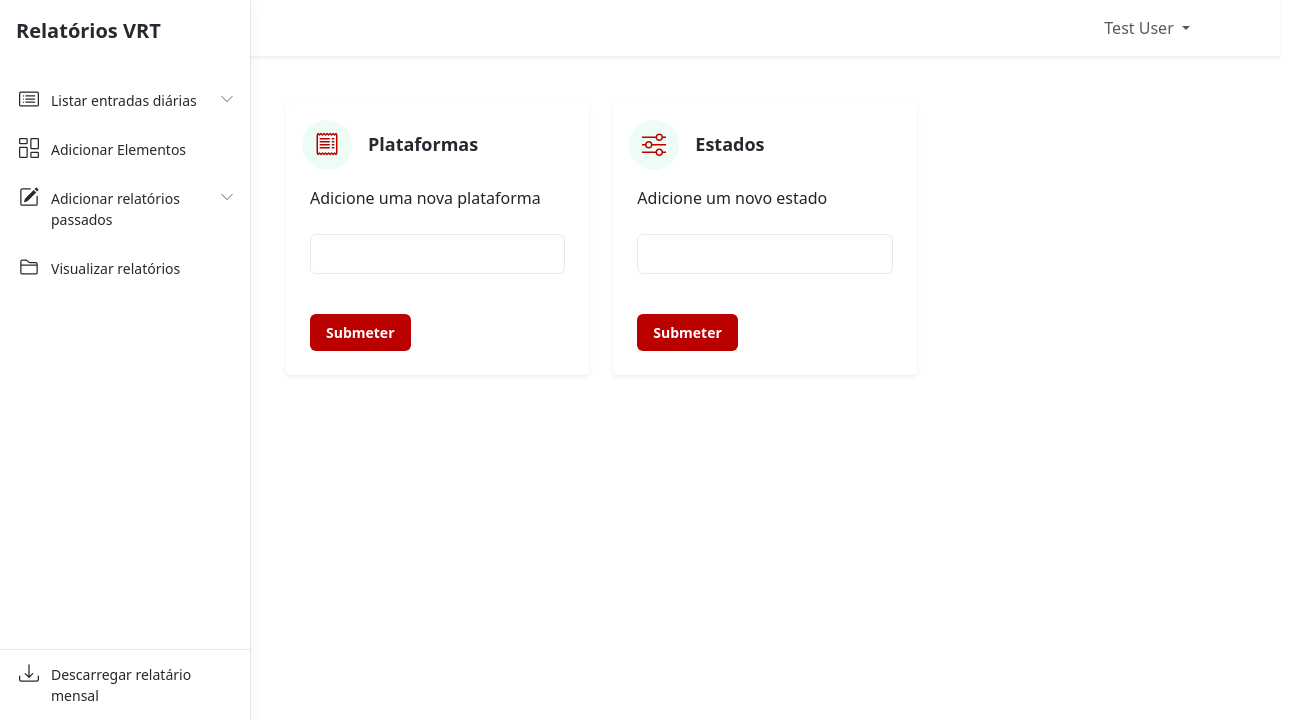
Repository: Yolanda-Marchone/Relatorios
Page: http://localhost/adicionar
These files come from the project's save history. The page is drawn as it stood at one moment and after the next save; the edit follows.
The browser window is 1280 px wide. The page is 1292 px wide, so the pictures cover 1292 px, including what lies to the right of the window. The pictures show the whole page.
The page is served by the project's Laravel application, run on PHP 8.4 with Laravel 10. A made-up administrator, Test User (test@example.com), is signed in. Style sheets and scripts are compiled from the project's sources, by tool versions that may differ from the author's.

Above is the page before, as saved 2024-05-23 11:20:55.

After the next save:
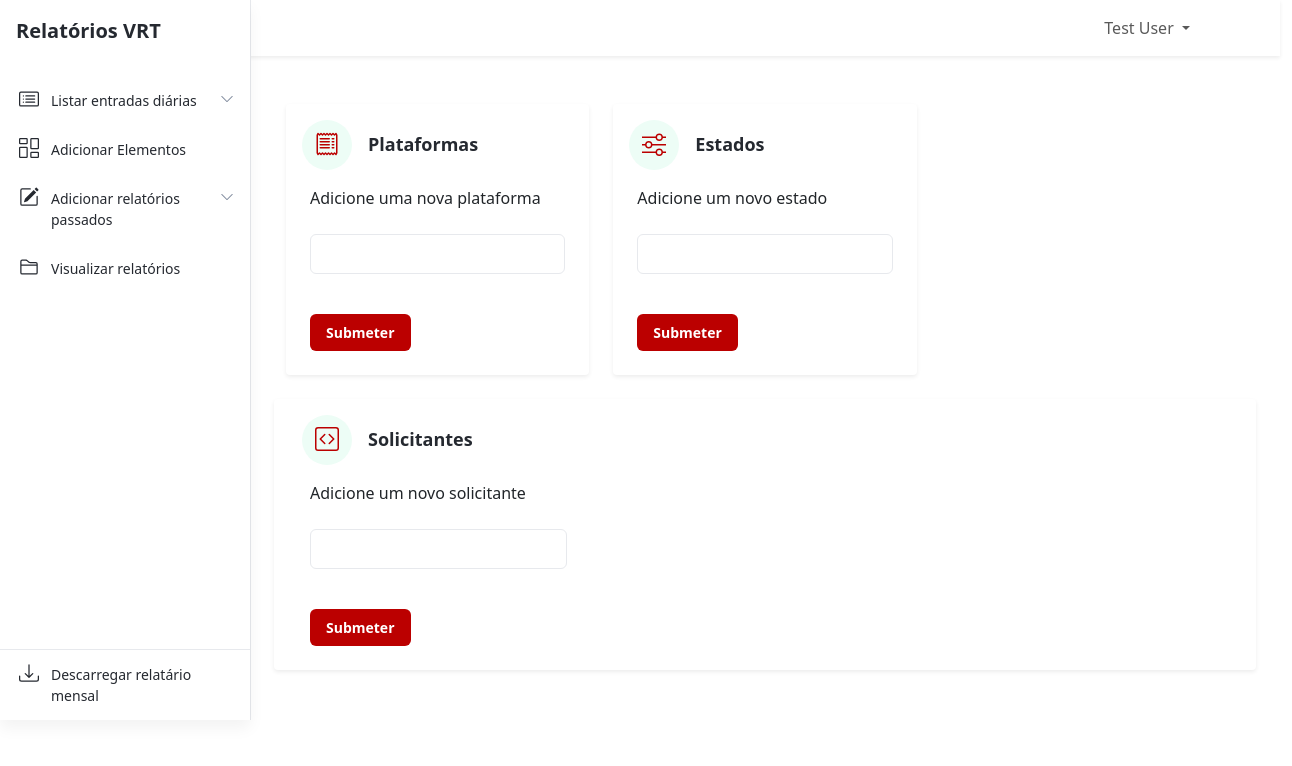
Saved 9 s later.
--- a/resources/views/layouts/adicionar.blade.php
+++ b/resources/views/layouts/adicionar.blade.php
@@ -88,7 +88,40 @@
 						</div><!--//app-card-->
 				    </div><!--//col-->
 
+                    <div class="app-card app-card-basic d-flex flex-column align-items-start shadow-sm">
+						    <div class="app-card-header p-3 border-bottom-0">
+						        <div class="row align-items-center gx-3">
+							        <div class="col-auto">
+								        <div class="app-icon-holder">
+                                        <svg width="1em" height="1em" viewBox="0 0 16 16" class="bi bi-code-square" fill="currentColor" xmlns="http://www.w3.org/2000/svg">
+  <path fill-rule="evenodd" d="M14 1H2a1 1 0 0 0-1 1v12a1 1 0 0 0 1 1h12a1 1 0 0 0 1-1V2a1 1 0 0 0-1-1zM2 0a2 2 0 0 0-2 2v12a2 2 0 0 0 2 2h12a2 2 0 0 0 2-2V2a2 2 0 0 0-2-2H2z"/>
+  <path fill-rule="evenodd" d="M6.854 4.646a.5.5 0 0 1 0 .708L4.207 8l2.647 2.646a.5.5 0 0 1-.708.708l-3-3a.5.5 0 0 1 0-.708l3-3a.5.5 0 0 1 .708 0zm2.292 0a.5.5 0 0 0 0 .708L11.793 8l-2.647 2.646a.5.5 0 0 0 .708.708l3-3a.5.5 0 0 0 0-.708l-3-3a.5.5 0 0 0-.708 0z"/>
+</svg>
+									    </div><!--//icon-holder-->
 
+							        </div><!--//col-->
+							        <div class="col-auto">
+								        <h4 class="app-card-title">Solicitantes</h4>
+							        </div><!--//col-->
+						        </div><!--//row-->
+						    </div><!--//app-card-header-->
+						    <div class="app-card-body px-4">
+
+<div class="intro">Adicione um novo solicitante</div>
+<div class="mb-3"  >
+<form class="settings-form" method="POST" action="/submeter_solicitante">
+        @csrf
+<label for="setting-input-1" class="form-label"></label>
+<input type="text" class="form-control" id="novo_solicitante" name="novo_solicitante" value="" required>
+
+</div>
+</div><!--//app-card-body-->
+
+<div class="app-card-footer p-4 mt-auto">
+<button type="submit" class="btn app-btn-primary" >Submeter</button>
+    </form>
+</div><!--//app-card-footer-->
+						</div><!--//app-card-->
 
                 </div>
 

After the save that followed:
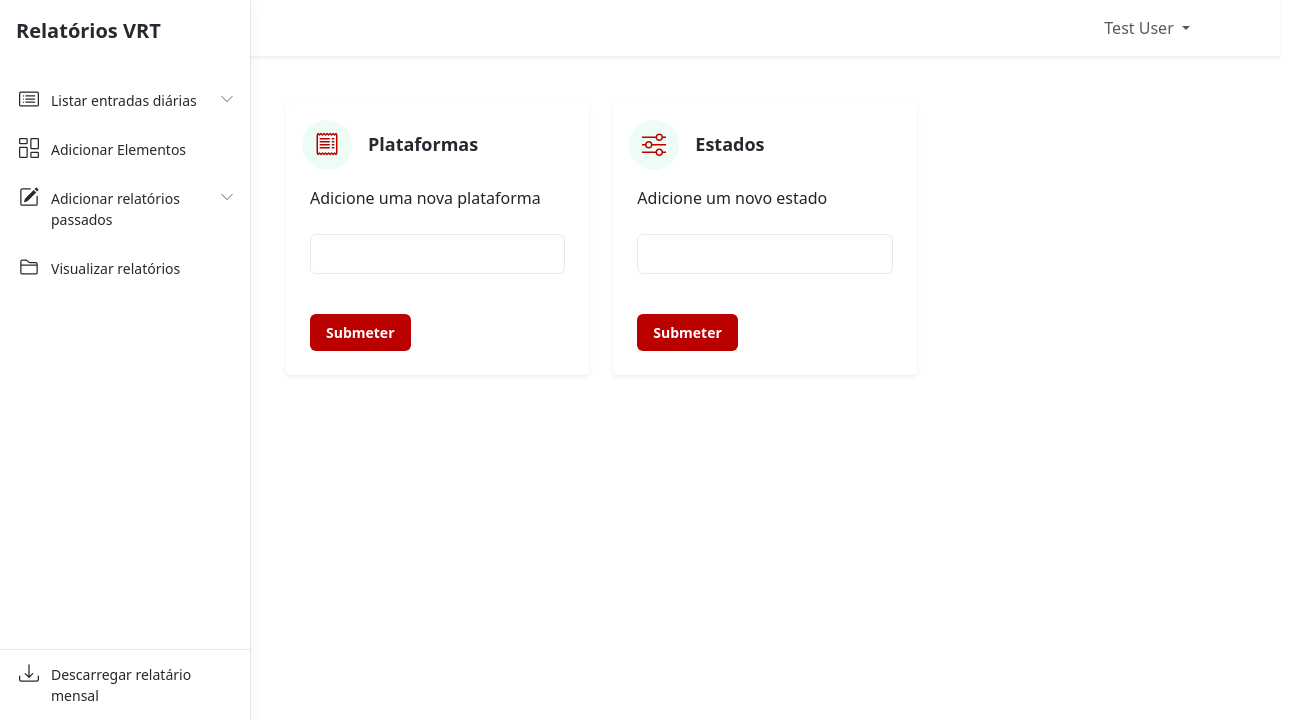
Saved 9 s later.
--- a/resources/views/layouts/adicionar.blade.php
+++ b/resources/views/layouts/adicionar.blade.php
@@ -88,40 +88,7 @@
 						</div><!--//app-card-->
 				    </div><!--//col-->
 
-                    <div class="app-card app-card-basic d-flex flex-column align-items-start shadow-sm">
-						    <div class="app-card-header p-3 border-bottom-0">
-						        <div class="row align-items-center gx-3">
-							        <div class="col-auto">
-								        <div class="app-icon-holder">
-                                        <svg width="1em" height="1em" viewBox="0 0 16 16" class="bi bi-code-square" fill="currentColor" xmlns="http://www.w3.org/2000/svg">
-  <path fill-rule="evenodd" d="M14 1H2a1 1 0 0 0-1 1v12a1 1 0 0 0 1 1h12a1 1 0 0 0 1-1V2a1 1 0 0 0-1-1zM2 0a2 2 0 0 0-2 2v12a2 2 0 0 0 2 2h12a2 2 0 0 0 2-2V2a2 2 0 0 0-2-2H2z"/>
-  <path fill-rule="evenodd" d="M6.854 4.646a.5.5 0 0 1 0 .708L4.207 8l2.647 2.646a.5.5 0 0 1-.708.708l-3-3a.5.5 0 0 1 0-.708l3-3a.5.5 0 0 1 .708 0zm2.292 0a.5.5 0 0 0 0 .708L11.793 8l-2.647 2.646a.5.5 0 0 0 .708.708l3-3a.5.5 0 0 0 0-.708l-3-3a.5.5 0 0 0-.708 0z"/>
-</svg>
-									    </div><!--//icon-holder-->
 
-							        </div><!--//col-->
-							        <div class="col-auto">
-								        <h4 class="app-card-title">Solicitantes</h4>
-							        </div><!--//col-->
-						        </div><!--//row-->
-						    </div><!--//app-card-header-->
-						    <div class="app-card-body px-4">
-
-<div class="intro">Adicione um novo solicitante</div>
-<div class="mb-3"  >
-<form class="settings-form" method="POST" action="/submeter_solicitante">
-        @csrf
-<label for="setting-input-1" class="form-label"></label>
-<input type="text" class="form-control" id="novo_solicitante" name="novo_solicitante" value="" required>
-
-</div>
-</div><!--//app-card-body-->
-
-<div class="app-card-footer p-4 mt-auto">
-<button type="submit" class="btn app-btn-primary" >Submeter</button>
-    </form>
-</div><!--//app-card-footer-->
-						</div><!--//app-card-->
 
                 </div>
 
